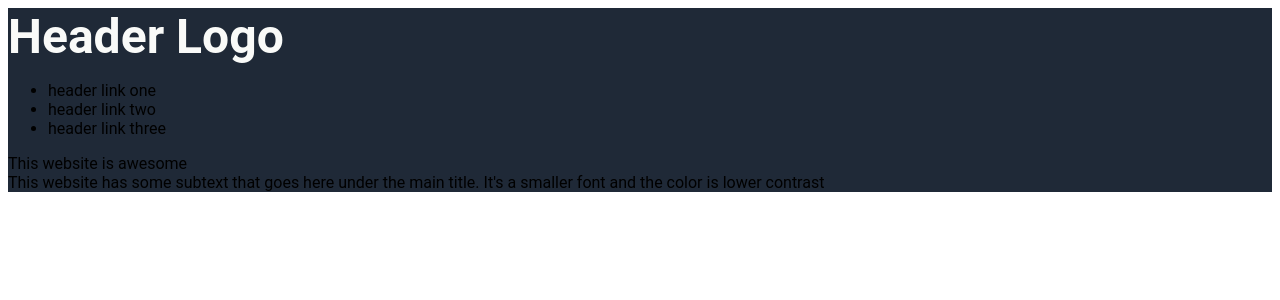
Repository: z1youRA/FirstWebsite
Page: index.html
The author's editor kept a copy of each file at every save. The page is drawn from the files as they stood at one save, then again after the next save.
The browser window is 1280 px wide. The pictures show the whole page.

Above is the page before, as saved 2021-11-25 16:46:20.

### index.html
<!DOCTYPE html>
<html lang="en">
<head>
    <meta charset="UTF-8">
    <meta http-equiv="X-UA-Compatible" content="IE=edge">
    <meta name="viewport" content="width=device-width, initial-scale=1.0">
    <title>The Odin Project</title>
    <link rel="stylesheet" href="styles.css">
</head>
<body>
    <div class="header">
        <div class="logo">Header Logo</div>
        <div class="right-links">
            <ul>
                <li>header link one</li>
                <li>header link two</li>
                <li>header link three</li>
            </ul>
        </div>
        <div class="hero">
            <div class="main">This website is awesome</div>
            <div class="secondary">This website has some subtext that goes here under the main title. It's a smaller font and the color is lower contrast</div>
        </div>
    </div>

</body>
</html>

### styles.css
* {
    font-family:roboto, 'Gill Sans', 'Gill Sans MT', Calibri, 'Trebuchet MS', sans-serif;
}

.header {
    background-color: #1f2937;
}

.header .logo {
    font-size: 48px;
    font-weight:bolder;
    color: #F9FAF8;
}

After the next save:
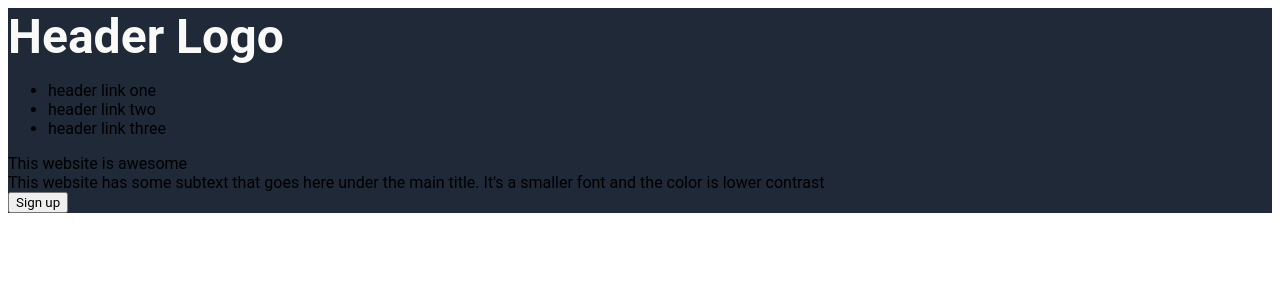
Saved 21 s later.
--- a/index.html
+++ b/index.html
@@ -20,6 +20,7 @@
         <div class="hero">
             <div class="main">This website is awesome</div>
             <div class="secondary">This website has some subtext that goes here under the main title. It's a smaller font and the color is lower contrast</div>
+            <button>Sign up</button>
         </div>
     </div>
 
